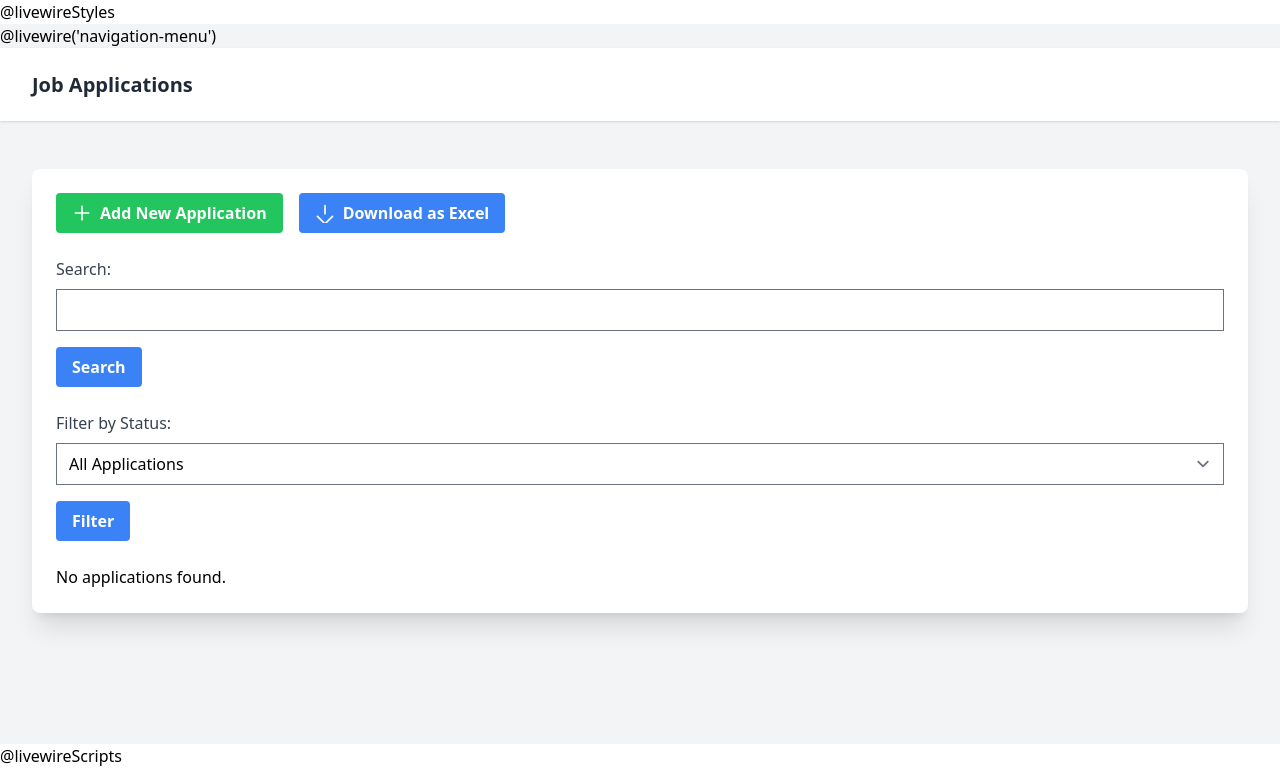
Repository: asanduk/vodafone
Page: resources/views/job-applications/index.blade.php
An editor plug-in stored every save of this project. The page is shown before and after the next save, followed by the edit.
The browser window is 1280 px wide. The pictures show the whole page.
The page is served by the project's Laravel application, run on PHP 8.4 with Laravel 12. Other server files are loaded and not shown. The template is opened directly, without the code that normally fills it, so the values that code supplies are empty.

Above is the page before, as saved 2024-11-18 22:32:02.

### routes/web.php
<?php

use Illuminate\Support\Facades\Route;
use App\Http\Controllers\JobApplicationController;
use App\Http\Controllers\HomeController;

Route::get('/', function () {
    return view('welcome');
});

Route::get('job-applications/export', [JobApplicationController::class, 'export'])->name('job-applications.export');


Route::middleware([
    'auth:sanctum',
    config('jetstream.auth_session'),
    'verified',
])->group(function () {
    // Dashboard görünümü için HomeController kullanımı
    Route::get('/dashboard', [HomeController::class, 'index'])->name('dashboard');
});

// İş başvuruları için resource controller tanımlamaları
Route::middleware(['auth:sanctum', 'verified'])->group(function () {
    Route::resource('job-applications', JobApplicationController::class);
});

### resources/views/job-applications/index.blade.php
<x-app-layout>
    <x-slot name="header">
        <h2 class="font-semibold text-xl text-gray-800 leading-tight">
            {{ __('Job Applications') }}
        </h2>
    </x-slot>

    <div class="py-12">
        <div class="max-w-7xl mx-auto sm:px-6 lg:px-8">
            <div class="bg-white overflow-hidden shadow-xl sm:rounded-lg p-6">
                <!-- "Add New Application" and "Download as Excel" Buttons Side by Side -->
                <div class="flex space-x-4 mb-6">
                    <a href="{{ route('job-applications.create') }}" class="flex items-center bg-green-500 hover:bg-green-700 text-white font-bold py-2 px-4 rounded transition">
                        <svg xmlns="http://www.w3.org/2000/svg" fill="none" viewBox="0 0 24 24" stroke-width="2" stroke="currentColor" class="w-5 h-5 mr-2">
                            <path stroke-linecap="round" stroke-linejoin="round" d="M12 4v16m8-8H4"/>
                        </svg>
                        Add New Application
                    </a>

                    <a href="{{ route('job-applications.export') }}" class="flex items-center bg-blue-500 hover:bg-blue-700 text-white font-bold py-2 px-4 rounded transition">
                        <svg xmlns="http://www.w3.org/2000/svg" fill="none" viewBox="0 0 24 24" stroke-width="2" stroke="currentColor" class="w-5 h-5 mr-2">
                            <path stroke-linecap="round" stroke-linejoin="round" d="M3 16l9 9 9-9m-9-3V3"/>
                        </svg>
                        Download as Excel
                    </a>
                </div>

                <!-- Filtering Form -->
                <form method="GET" action="{{ route('job-applications.index') }}" class="mb-6">
                    <label for="search" class="block text-gray-700 mb-2">Search:</label>
                    <input type="text" name="search" id="search" class="form-control w-full mb-4" value="{{ request('search') }}">
                    <button type="submit" class="bg-blue-500 hover:bg-blue-700 text-white font-bold py-2 px-4 rounded">
                        Search
                    </button>
                </form>

                <form method="GET" action="{{ route('job-applications.index') }}" class="mb-6">
                    <label for="status" class="block text-gray-700 mb-2">Filter by Status:</label>
                    <select name="status" id="status" class="form-control w-full mb-4">
                        <option value="">All Applications</option>
                        <option value="pending" {{ request('status') == 'pending' ? 'selected' : '' }}>Pending</option>
                        <option value="interview" {{ request('status') == 'interview' ? 'selected' : '' }}>Interview Scheduled</option>
                        <option value="rejected" {{ request('status') == 'rejected' ? 'selected' : '' }}>Rejected</option>
                        <option value="offered" {{ request('status') == 'offered' ? 'selected' : '' }}>Offer Received</option>
                    </select>
                    <button type="submit" class="bg-blue-500 hover:bg-blue-700 text-white font-bold py-2 px-4 rounded">
                        Filter
                    </button>
                </form>

                <!-- Application List -->
                @if($applications->count() > 0)
                    <div class="overflow-x-auto">
                        <table class="min-w-full table-auto bg-white rounded-lg shadow">
                            <thead class="bg-gray-200 text-gray-600 uppercase text-sm leading-normal">
                                <tr>
                                    <th class="py-3 px-6 text-left">Position</th>
                                    <th class="py-3 px-6 text-left">Company</th>
                                    <th class="py-3 px-6 text-left">Application Date</th>
                                    <th class="py-3 px-6 text-left">Status</th>
                                    <th class="py-3 px-6 text-left">Actions</th>
                                </tr>
                            </thead>
                            <tbody class="text-gray-700 text-sm font-light">
                                @foreach($applications as $application)
                                    <tr class="border-b border-gray-200 hover:bg-gray-100">
                                        <td class="py-3 px-6 text-left">{{ $application->position }}</td>
                                        <td class="py-3 px-6 text-left">{{ $application->company_name }}</td>
                                        <td class="py-3 px-6 text-left">{{ $application->applied_at }}</td>
                                        <td class="py-3 px-6 text-left">
                                            @if($application->status == 'pending')
                                                <span class="bg-yellow-200 text-yellow-800 px-2 py-1 rounded">Pending</span>
                                            @elseif($application->status == 'interview')
                                                <span class="bg-green-200 text-green-800 px-2 py-1 rounded">Interview Scheduled</span>
                                            @elseif($application->status == 'rejected')
                                                <span class="bg-red-200 text-red-800 px-2 py-1 rounded">Rejected</span>
                                            @elseif($application->status == 'offered')
                                                <span class="bg-blue-200 text-blue-800 px-2 py-1 rounded">Offer Received</span>
                                            @endif
                                        </td>
                                        <td class="py-3 px-6 text-left flex space-x-4">
                                            <a href="{{ route('job-applications.show', $application->id) }}" class="text-blue-500 hover:text-blue-700">
                                                <i class="fas fa-eye"></i> <!-- Details icon -->
                                            </a>
                                            <a href="{{ route('job-applications.edit', $application->id) }}" class="text-yellow-500 hover:text-yellow-700">
                                                <i class="fas fa-edit"></i> <!-- Edit icon -->
                                            </a>
                                            <form action="{{ route('job-applications.destroy', $application->id) }}" method="POST" class="inline-block">
                                                @csrf
                                                @method('DELETE')
                                                <button type="submit" class="text-red-500 hover:text-red-700">
                                                    <i class="fas fa-trash"></i> <!-- Delete icon -->
                                                </button>
                                            </form>
                                        </td>
                                    </tr>
                                @endforeach
                            </tbody>
                        </table>
                    </div>

                    <!-- Pagination -->
                    <div class="mt-4">
                        {{ $applications->appends(request()->input())->links() }}
                    </div>
                @else
                    <p>No applications found.</p>
                @endif
            </div>
        </div>
    </div>
</x-app-layout>

### resources/views/layouts/app.blade.php
<!DOCTYPE html>
<html lang="{{ str_replace('_', '-', app()->getLocale()) }}">
    <head>
        <meta charset="utf-8">
        <meta name="viewport" content="width=device-width, initial-scale=1">
        <title>{{ config('app.name', 'Jobify') }}</title>

        <!-- Fonts -->

        <link rel="stylesheet" href="https://fonts.bunny.net/css2?family=Nunito:wght@400;600;700&display=swap">
                 <!-- Pickadate.js CSS -->
                 <link rel="stylesheet" href="{{ asset('pickadate/lib/themes/default.css') }}">
                 <link rel="stylesheet" href="{{ asset('pickadate/lib/themes/default.date.css') }}">

                 <!-- jQuery (Pickadate.js için gerekli) -->
                 <script src="https://code.jquery.com/jquery-3.6.0.min.js"></script>

                 <!-- Pickadate.js JS -->
                 <script src="{{ asset('pickadate/lib/picker.js') }}"></script>
                 <script src="{{ asset('pickadate/lib/picker.date.js') }}"></script>

                 <script>
                     $(document).ready(function() {
                         $('#applied_at').pickadate({
                             format: 'yyyy-mm-dd', // Tarih formatını ayarlayın
                             // Diğer ayarları buraya ekleyebilirsiniz
                         });
                     });
                 </script>
        <!-- Styles -->
        @vite(['resources/css/app.css', 'resources/js/app.js'])
        @livewireStyles
    </head>
    <body class="font-sans antialiased">
        <div class="min-h-screen bg-gray-100">
            @livewire('navigation-menu')

            <!-- Page Heading -->
            @if (isset($header))
                <header class="bg-white shadow">
                    <div class="max-w-7xl mx-auto py-6 px-4 sm:px-6 lg:px-8">
                        {{ $header }}
                    </div>
                </header>
            @endif

            <!-- Page Content -->
            <main>
                {{ $slot }}
            </main>
        </div>

        @stack('modals')

        @livewireScripts
    </body>
</html>

Loaded but not shown: app/View/Components/AppLayout.php (common file); public/pickadate/lib/themes/default.css (library); public/pickadate/lib/themes/default.date.css (library); public/pickadate/lib/picker.js (library); public/pickadate/lib/picker.date.js (library)

After the next save:
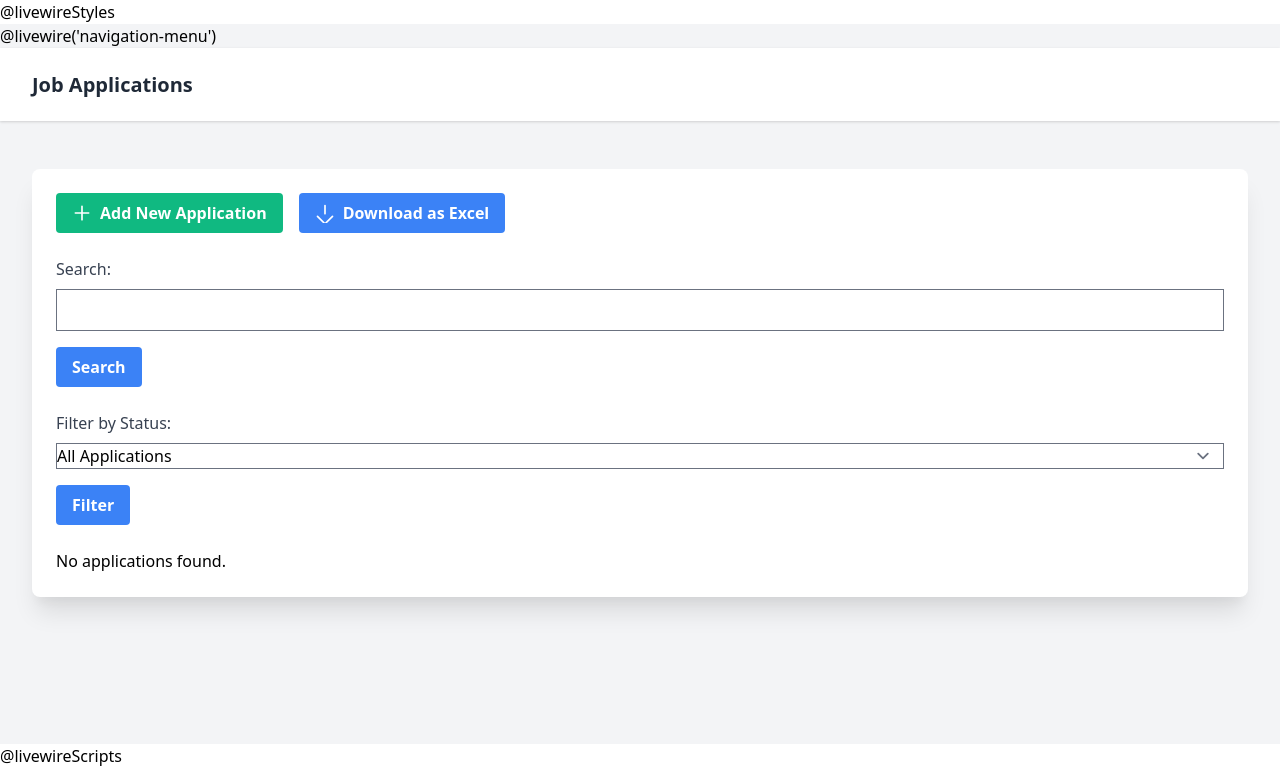
Saved 34 s later.
--- a/resources/views/job-applications/index.blade.php
+++ b/resources/views/job-applications/index.blade.php
@@ -4,6 +4,7 @@
             {{ __('Job Applications') }}
         </h2>
     </x-slot>
+    <link href="https://cdn.jsdelivr.net/npm/tailwindcss@2.2.19/dist/tailwind.min.css" rel="stylesheet">
 
     <div class="py-12">
         <div class="max-w-7xl mx-auto sm:px-6 lg:px-8">

After the save that followed:
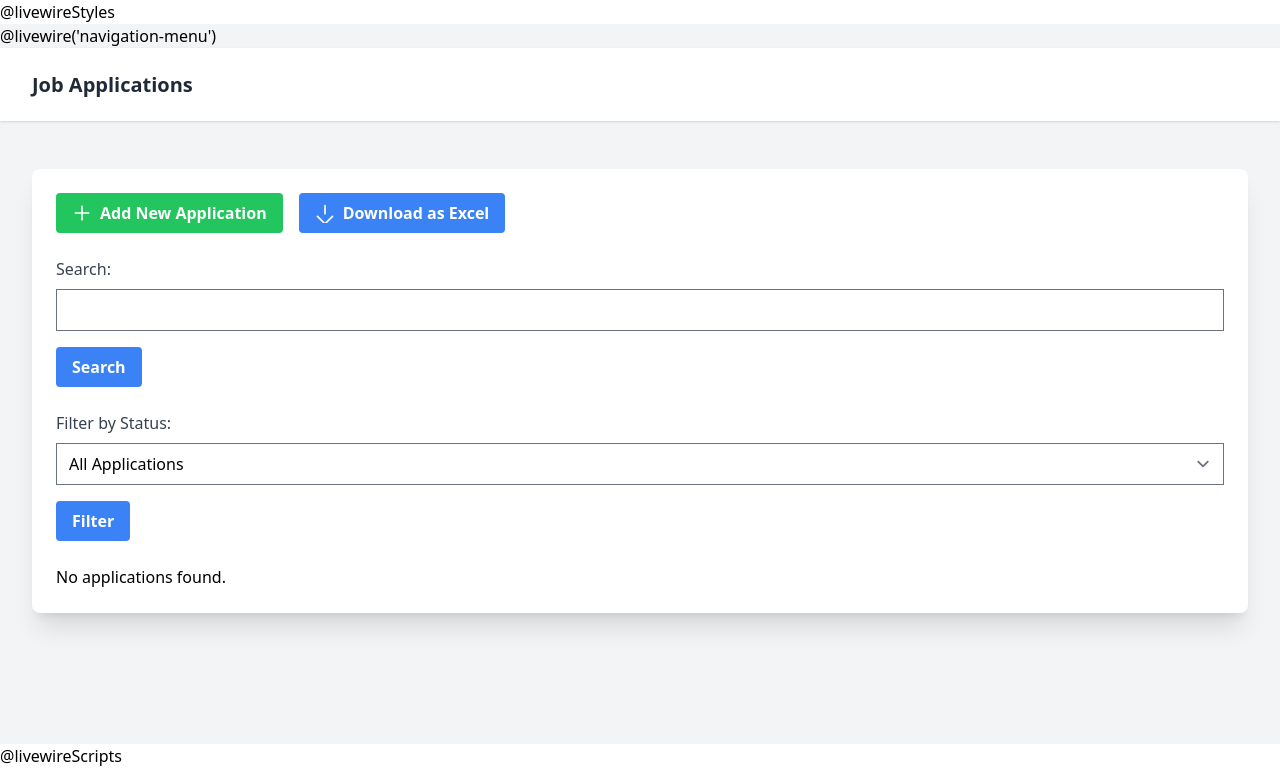
Saved 19 s later.
--- a/resources/views/job-applications/index.blade.php
+++ b/resources/views/job-applications/index.blade.php
@@ -4,7 +4,6 @@
             {{ __('Job Applications') }}
         </h2>
     </x-slot>
-    <link href="https://cdn.jsdelivr.net/npm/tailwindcss@2.2.19/dist/tailwind.min.css" rel="stylesheet">
 
     <div class="py-12">
         <div class="max-w-7xl mx-auto sm:px-6 lg:px-8">
